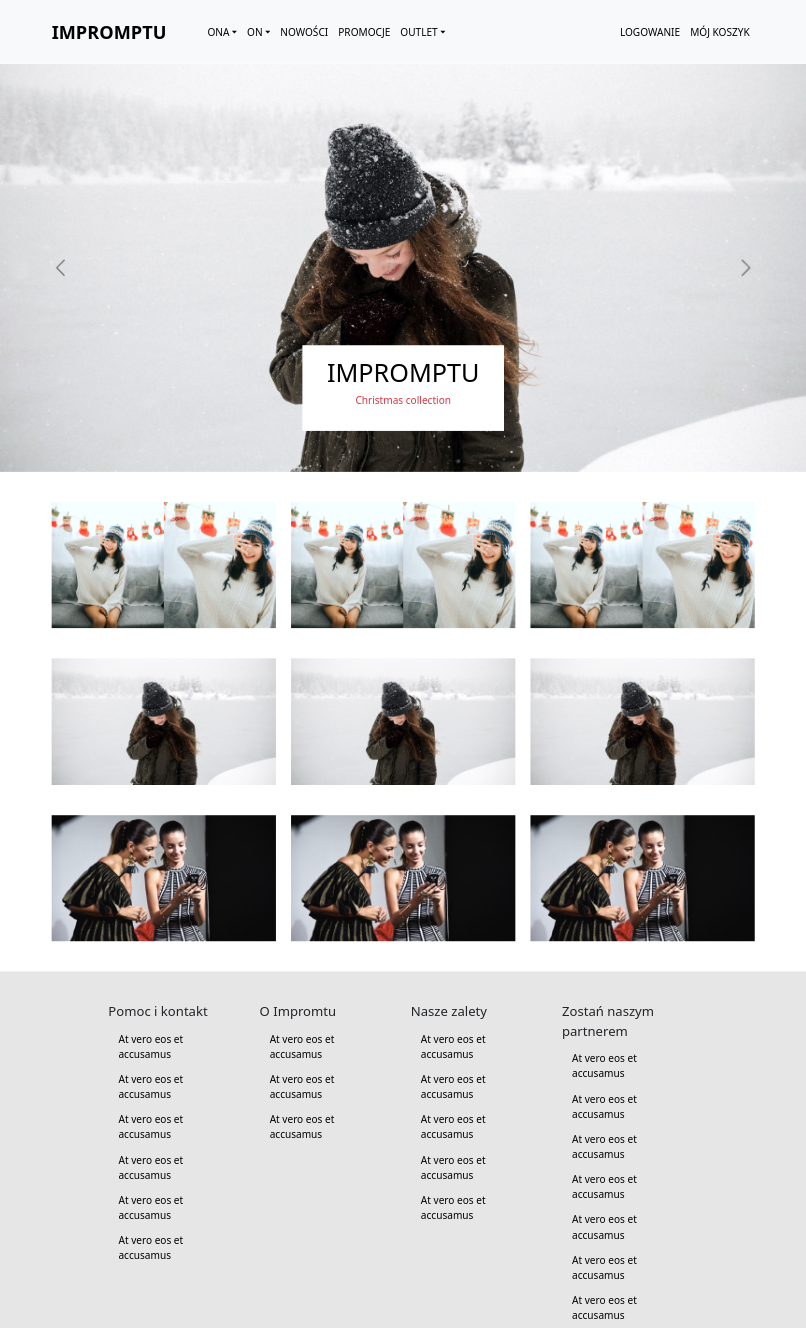
Repository: michalgornicki/Impromptu
Page: /
These files come from the project's save history. The page is drawn as it stood at one moment and after a run of saves; the edit follows.
The browser window is 1280 px wide. The pictures show the whole page, at 63% of full size.
The project was rebuilt for these pictures with package versions that can differ from the ones it lists, and the page was loaded fresh each time.

Above is the page before, as saved 2021-12-23 14:19:54.

After the next 3 saves:
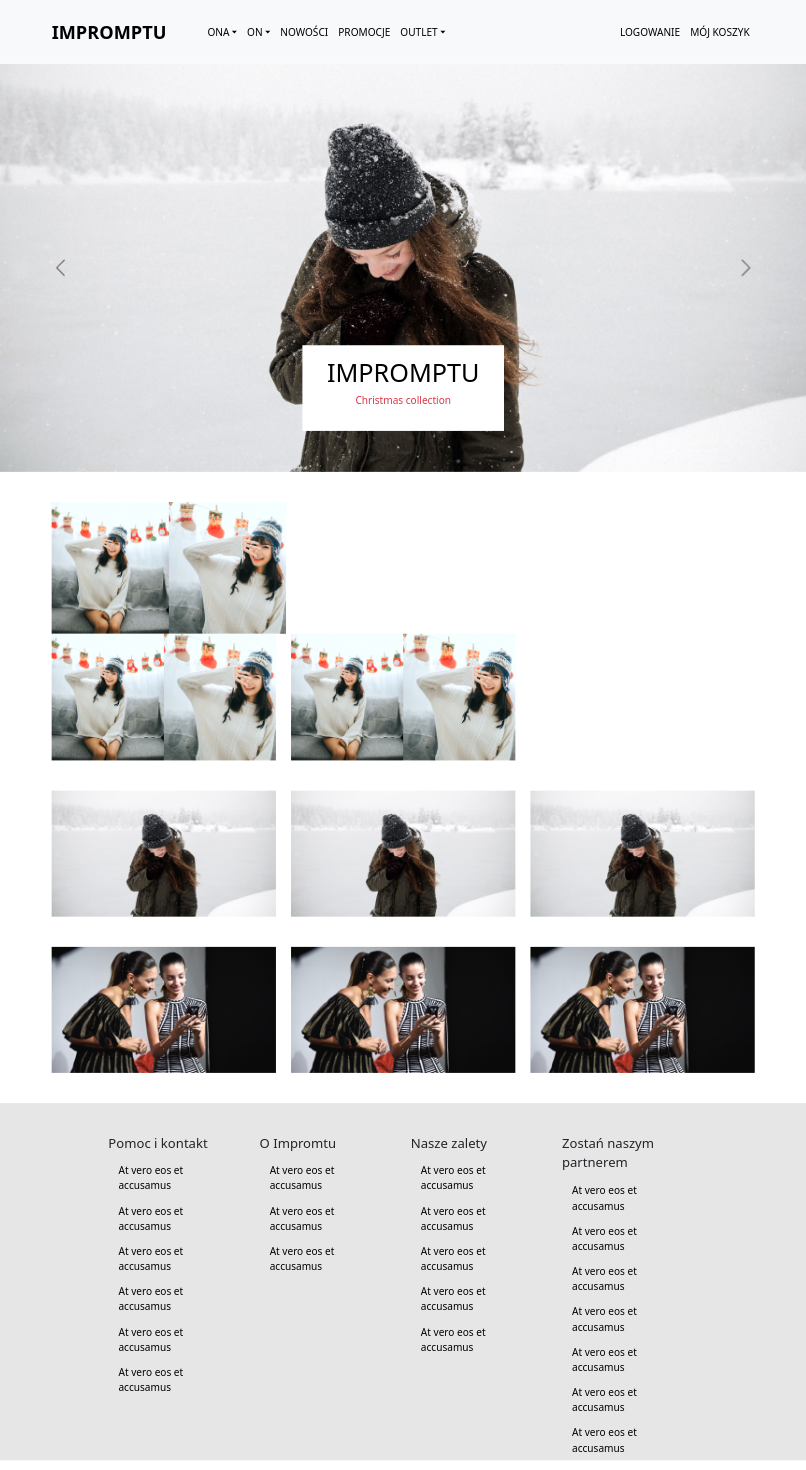
The 3 saves are shown as one change because they came seconds apart.
The last was saved 22 s later.
--- a/src/App.jsx
+++ b/src/App.jsx
@@ -193,7 +193,7 @@ function App() {
 
 <Container className="mt-5">
 <Row className="mb-5">
-  <img className="grid-item col-lg-4 col-md-3 col-xs-3" src={photo1} alt="" />
+  <div><img className="grid-item col-lg-4 col-md-3 col-xs-3" src={photo1} alt="" /></div>
   <img className="grid-item col-lg-4 col-md-3 col-xs-3" src={photo1} alt="" />
   <img className="grid-item col-lg-4 col-md-3 col-xs-3" src={photo1} alt="" />
 </Row>
